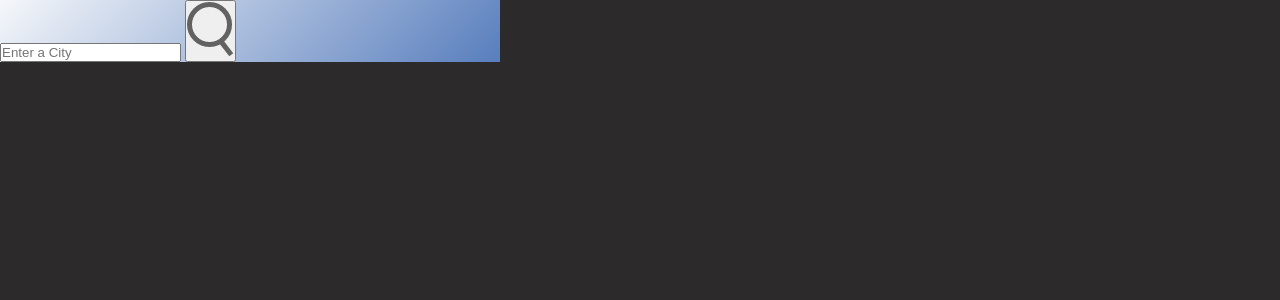
Repository: Haakim19/weatherApp
Page: index.html
An editor plug-in stored every save of this project. The page is shown before and after the next save, followed by the edit.
The browser window is 1280 px wide. The pictures show the whole page.

Above is the page before, as saved 2024-11-16 20:59:39.

After the next save:
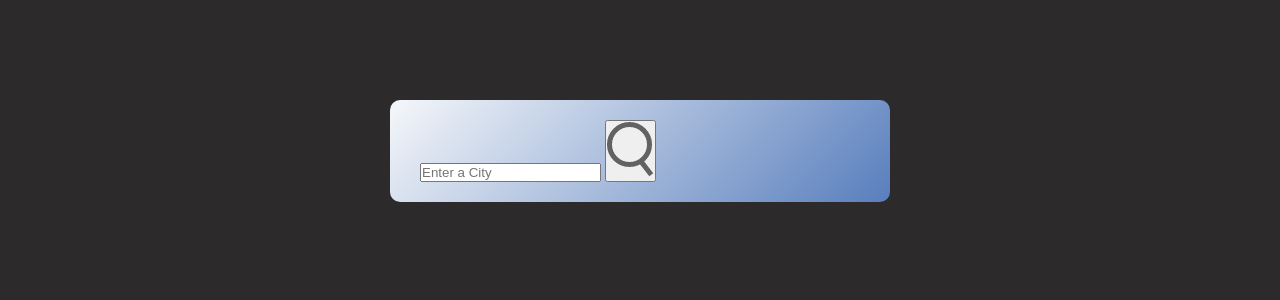
Saved 60 s later.
--- a/style.css
+++ b/style.css
@@ -13,4 +13,7 @@ body{
     max-width: 500px;
     color: #fff;
     background:linear-gradient(135deg, #f5f7fa 0%, #587ebd 100%);
+    margin: 100px auto 0 ;
+    border-radius: 10px;
+    padding: 20px 30px;
 }
